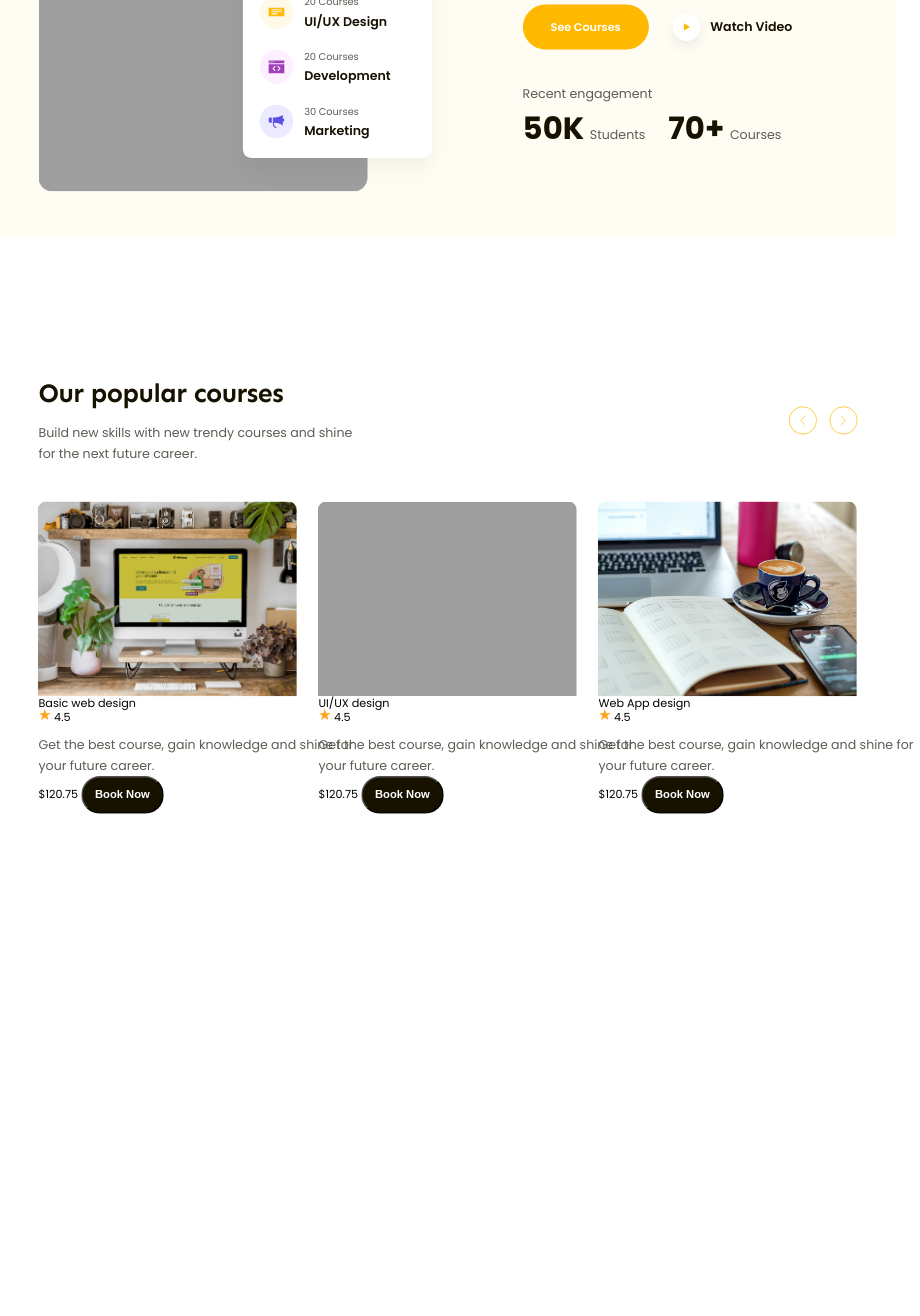
Repository: dovanlanh/f8-project-02
Page: index.html
The author's editor kept a copy of each file at every save. The page is drawn from the files as they stood at one save, then again after the next save.
The browser window is 1280 px wide. The page is 1313 px wide, then 1314 px, so the pictures cover 1314 px, including what lies to the right of the window. The pictures show the part of the page from y = 561 to 2441 px (the page is 10000 px tall), at 70% of full size.
Pictures or frames that could not be fetched are drawn as grey boxes.

Above is the page before, as saved 2023-02-05 17:54:17.

### index.html
<!DOCTYPE html>
<html lang="en">
<head>
    <meta charset="UTF-8">
    <meta http-equiv="X-UA-Compatible" content="IE=edge">
    <meta name="viewport" content="width=device-width, initial-scale=1.0">
    <title>F8 Project 02</title>
    <!-- reset css -->
    <link rel="stylesheet" href="./assets/css/reset.css">
    <!-- embed fonts -->
    <link rel="preconnect" href="https://fonts.googleapis.com">
    <link rel="preconnect" href="https://fonts.gstatic.com" crossorigin>
    <link href="https://fonts.googleapis.com/css2?family=Poppins:ital,wght@0,400;0,500;0,600;0,700;1,400&family=Sen:wght@700&display=swap" rel="stylesheet">
    <!-- style -->
    <link rel="stylesheet" href="./assets/css/styles.css">
</head>
<body>
    <main style=" height: 10000px">
        <!-- header  -->
        <header class="header fixed">
            <div class="main-content">
                    <div class="body">
                        <!-- logo -->
                        <img src="./assets/img/Lesson.svg" alt="Lesson" class="Logo">
                        <!-- nav -->
                        <nav class="nav">
                            <ul>
                                <li class="active">
                                    <a href="#!">Home</a>
                                </li>
                                <li>
                                    <a href="#!">Courses</a>
                                </li>
                                <li>
                                    <a href="#!">Pricing</a>
                                </li>
                                <li>
                                    <a href="#!">Reviews</a>
                                </li>
                            </ul>
                        </nav>
                        <!-- active -->
                        <div class="action">
                            <a href="#!" class="btn sign-up-btn">Sign Up</a>
                        </div>
                    </div>
            </div>
        </header>
        <!-- Hero -->
        <div class="hero">
            <div class="main-content">
                <div class="body">
                    <!-- Hero left -->
                    <div class="media-block">
                        <img src="./assets/img/guy-lesson.svg" alt="" class="img">
                        <div class="hero-summary">
                            <div class="item">
                                <div class="icon">
                                    <img src="./assets/img/list-icon1.svg" alt="">
                                </div>
                                <div class="info">
                                    <p class="label">20 Courses</p>
                                    <p class="tittle">UI/UX Design</p>
                                </div>
                            </div>
                            <div class="item">
                                <div class="icon">
                                    <img src="./assets/img/list-icon2.svg" alt="">
                                </div>
                                <div class="info">
                                    <p class="label">20 Courses</p>
                                    <p class="tittle">Development</p>
                                </div>
                            </div>
                            <div class="item">
                                <div class="icon">
                                    <img src="./assets/img/list-icon3.svg" alt="">
                                </div>
                                <div class="info">
                                    <p class="label">30 Courses</p>
                                    <p class="tittle">Marketing</p>
                                </div>
                            </div>
                        </div>
                    </div>
                    <!-- hero-right -->
                    <div class="content-block">
                        <h1 class="heading lv1">Learn without limits and spread knowledge.</h1>
                        <p class="desc">
                            Build new skills for that “this is my year” feeling with courses, certificates, and degrees from world-class universities and companies.
                        </p>
                            <div class="cta-group">
                                <a href="#!" class="btn hero-cta">See Courses</a>
                                <button class="watch-video">
                                    <div class="icon">
                                        <img src="./assets/img/icon-watch-video.svg" alt="">
                                    </div>
                                    <span>Watch Video</span>
                                </button>
                            </div>
                        <p class="desc">Recent engagement</p>
                        <div class="desc stats">
                            <strong>50K</strong>Students
                            <strong>70+</strong>Courses
                        </div>
                    </div>
                </div>
            </div>
        </div>
        <!-- Popular -->
        <div class="popular">
            <div class="main-content">
                <!-- popular top -->
                <div class="popular-top">
                    <div class="info">
                        <h2 class="heading lv2">Our popular courses</h2>
                        <p class="desc">Build new skills with new trendy courses and shine for the next future career.</p>
                    </div>
                    <div class="controls">
                        <button class="control-btn">
                            <svg width="8" height="14" viewBox="0 0 8 14" fill="none" xmlns="http://www.w3.org/2000/svg">
                                <path d="M7 1L1 7L7 13" stroke="currentColor" stroke-linecap="round" stroke-linejoin="round"/>
                            </svg>
                        </button>
                        <button class="control-btn">
                            <svg width="8" height="14" viewBox="0 0 8 14" fill="none" xmlns="http://www.w3.org/2000/svg">
                                <path d="M1 1L7 7L1 13" stroke="currentColor" stroke-linecap="round" stroke-linejoin="round"/>
                            </svg>
                        </button>
                    </div>
                </div>
                <!-- popular-bottom -->
                <div class="course-list">
                    <!-- course item 1 -->
                    <div class="course-item">
                        <img src="./assets/img/img-popular/course1.jpg" alt="Basic web design" class="thumb">
                        <div class="info">
                            <div class="head">
                                <h3 class="tittle">Basic web design</h3>
                                <div class="rating">
                                    <img src="./assets/img/Star.svg" alt="star" class="star">
                                    <span class="value">4.5</span>
                                </div>
                            </div>
                            <p class="desc">Get the best course, gain knowledge and shine for your future career.</p>
                            <div class="foot">
                                <span class="price">$120.75</span>
                                <button class="btn">Book Now</button>
                            </div>
                        </div>
                    </div>
                    <!-- course item 2 -->
                    <div class="course-item">
                        <img src="./assets/img/img-popular/course2.jpg" alt="UI/UX design" class="thumb">
                        <div class="info">
                            <div class="head">
                                <h3 class="tittle">UI/UX design</h3>
                                <div class="rating">
                                    <img src="./assets/img/Star.svg" alt="star" class="star">
                                    <span class="value">4.5</span>
                                </div>
                            </div>
                            <p class="desc">Get the best course, gain knowledge and shine for your future career.</p>
                            <div class="foot">
                                <span class="price">$120.75</span>
                                <button class="btn">Book Now</button>
                            </div>
                        </div>
                    </div>
                    <!-- course item 3 -->
                    <div class="course-item">
                        <img src="./assets/img/img-popular/course3.jpg" alt="Web App design" class="thumb">
                        <div class="info">
                            <div class="head">
                                <h3 class="tittle">Web App design</h3>
                                <div class="rating">
                                    <img src="./assets/img/Star.svg" alt="star" class="star">
                                    <span class="value">4.5</span>
                                </div>
                            </div>
                            <p class="desc">Get the best course, gain knowledge and shine for your future career.</p>
                            <div class="foot">
                                <span class="price">$120.75</span>
                                <button class="btn">Book Now</button>
                            </div>
                        </div>
                    </div>
                </div>
            </div>
        </div>

    </main>
</body>
</html>

### assets/css/styles.css
* {
    box-sizing: border-box;
}
:root {
    --font-heading: sen, sans-serif;
    --primary-color:#FFB900;
}
html,
body {
    scroll-behavior: smooth;
    font-size: 62.5%;
}

html {
    font-size: 62.5%;
}

body {
    font-size: 1.6rem;
    font-family: 'Poppins', sans-serif;
}

/* common */
.heading {
    font-family: var(--font-heading);
    font-weight: 700;
    letter-spacing: -0.02em;
    color: #171100;
}
a {
    text-decoration: none;
}
.main-content {
    width: 1170px;
    max-width: calc(100% - 48px);
    margin-left: auto;
    margin-right: auto;
}
.btn {
    min-width: 118px;
    display: inline-block;
    padding: 0 16px;
    align-items: center;
    line-height: 50px;
    font-weight: 600;
    font-size: 1.6rem;
    text-align: center;
    color: #FFFFFF;
    background: #171100;
    border-radius: 999px;
}
.btn:hover {
    opacity: 0.9;
}
/* header */
.header {
    background:#FFFCF4;
}
.header.fixed {
    position: sticky;
    top: -32px;
    z-index: 1;
}
.header .body {
    display: flex;
    align-items: center;
    padding: 36px 0 8px;
}
.nav ul {
    display: flex;
}

.nav {
    margin-left: auto;
}
.nav a {
    position: relative;
    padding: 8px 21px;
    font-weight: 400;
    font-size: 1.6rem;
    color: #5F5B53;
}
.nav a:hover,
.nav li.active a {
    text-shadow: 1px 0 0 currentColor;
    color: #171100;
}
.nav li.active a::after {
    left: 21px;
    bottom: 6px;
    display: block;
    content: "";
    position: absolute;
    width: 12px;
    height: 2px;
    background: #171100;
    border-radius: 1px;
}
.header .sign-up-btn {
    min-width: 144px;
}
.header .action {
    margin-left: 49px;
}

/* hero */
.hero {
    padding: 56px 0 65px;
    background:#FFFCF4;
}
.hero .body {
    display: flex;
}
/* hero left */
.hero .media-block {
    width: 48%;
    position: relative;
}

.hero .media-block .img {
    width: 470px;
    height: 685px;
    object-fit: cover;
    border-radius: 20px;
    display: block;
}
.hero .media-block .hero-summary {
    position: absolute;
    right: 0;
    bottom: 48px;
}
.hero .hero-summary {
    width: 270px;
    padding: 24px;
    background: #FFFFFF;
    box-shadow: 0px 16px 32px rgba(0, 0, 0, 0.05);
    border-radius: 12px;
}
.hero-summary .item {
    display: flex;
    align-items: center;
}
.hero-summary .icon {
    width: 48px;
    height: 48px;
    border-radius: 50%;
    display: flex;
    align-items: center;
    justify-content: center;
    background: #FFF9E8;
}
.hero-summary .info {
    margin-left: 16px;
}
.hero-summary .label {
    font-weight: 400;
    font-size: 1.4rem;
    line-height: 1.86;
    color: #5F5B53;
}
.hero-summary .tittle {
    font-weight: 600;
    font-size: 1.8rem;
    line-height: 1.67;
    color: #171100;
}
.hero-summary .item + .item {
    margin-top: 22px;
}
.hero-summary .item:nth-of-type(2) .icon {
    background: #FCEFFF;
}
.hero-summary .item:nth-of-type(3) .icon {
    background: #EBEAFF;
}
/* hero right */
.hero .content-block {
    width: 52%;
    padding: 64px 0 0 130px;
}
.hero .content-block .heading.lv1 {
    font-size: 5.8rem;
    line-height: 1.17;
}
.content-block .desc {
    margin-top: 22px;
    font-weight: 400;
    font-size: 1.8rem;
    line-height: 1.67;
    color: #5F5B53;
}
.content-block .cta-group {
    margin: 38px 0 48px;
}
.content-block .cta-group .hero-cta{
    min-width: 180px;
    background-color: var(--primary-color);
    line-height: 64px;
}
.content-block .cta-group {
    display: flex;
    align-items: center;
}
.hero .watch-video {
    margin-left: 28px;
    display: flex;
    align-items: center;
    border: none;
    background: transparent;
    cursor: pointer;

}
.cta-group span {
    font-family: 'poppins', sans-serif;
    margin-left: 14px;
    font-weight: 600;
    font-size: 1.8rem;
    line-height: 1.67;
    color: #171100;
}
.hero .watch-video .icon {
    display: flex;
    align-items: center;
    justify-content: center;
    width: 40px;
    height: 40px;
    background: #FFFFFF;
    box-shadow: 0px 8px 16px rgba(0, 0, 0, 0.07);
    border-radius: 50%;
    cursor: pointer;
}
.hero .watch-video .icon:hover {
    background: orange;
    opacity: 0.5;
}
.hero .stats {
    margin: 8px 0 0 -28px;

}
.hero .stats strong {
    --font-heading: sen, sans-serif;
    padding: 0 8px 0 28px;
    font-weight: 700;
    font-size: 4.4rem;
    line-height: 1.23;
    color: #171100;
}
/* popular */
.popular {
    padding: 65px 0;
    margin-top: 135px;
}
.popular .heading.lv2 {
    font-size: 3.8rem;
    line-height: 1.26;
}
.popular .desc {
    margin-top: 16px;
    width: 458px;
    font-weight: 400;
    font-size: 1.8rem;
    line-height: 1.67;
    color: #5F5B53;
}
.popular .popular-top {
    display: flex;
    justify-content: space-between;
    align-items: center;
}
.popular-top .controls {
    display: flex;
    gap: 18px;
}
.popular-top .control-btn {
    display: flex;
    align-items: center;
    justify-content: center;
    width: 40px;
    height: 40px;
    color: var(--primary-color);
    border: 1px solid var(--primary-color);
    border-radius: 50%;
    background: transparent;
}
.popular-top .control-btn:hover {
    color: #fff;
    background: var(--primary-color);
    cursor: pointer;
}
/* Course list */
.popular .course-list {
    display: flex;
    gap: 30px;
    margin-top: 55px;
}
.popular .course-item {
    flex: 1;
    width: 370px;
}
.popular .course-item .thumb {
    width: 100%;
    height: 278px;
    margin: -1px;
    object-fit: cover;
    border-radius: 12px 12px 0px 0px;
}

Loaded but not shown: assets/css/reset.css (common file)

After the next save:
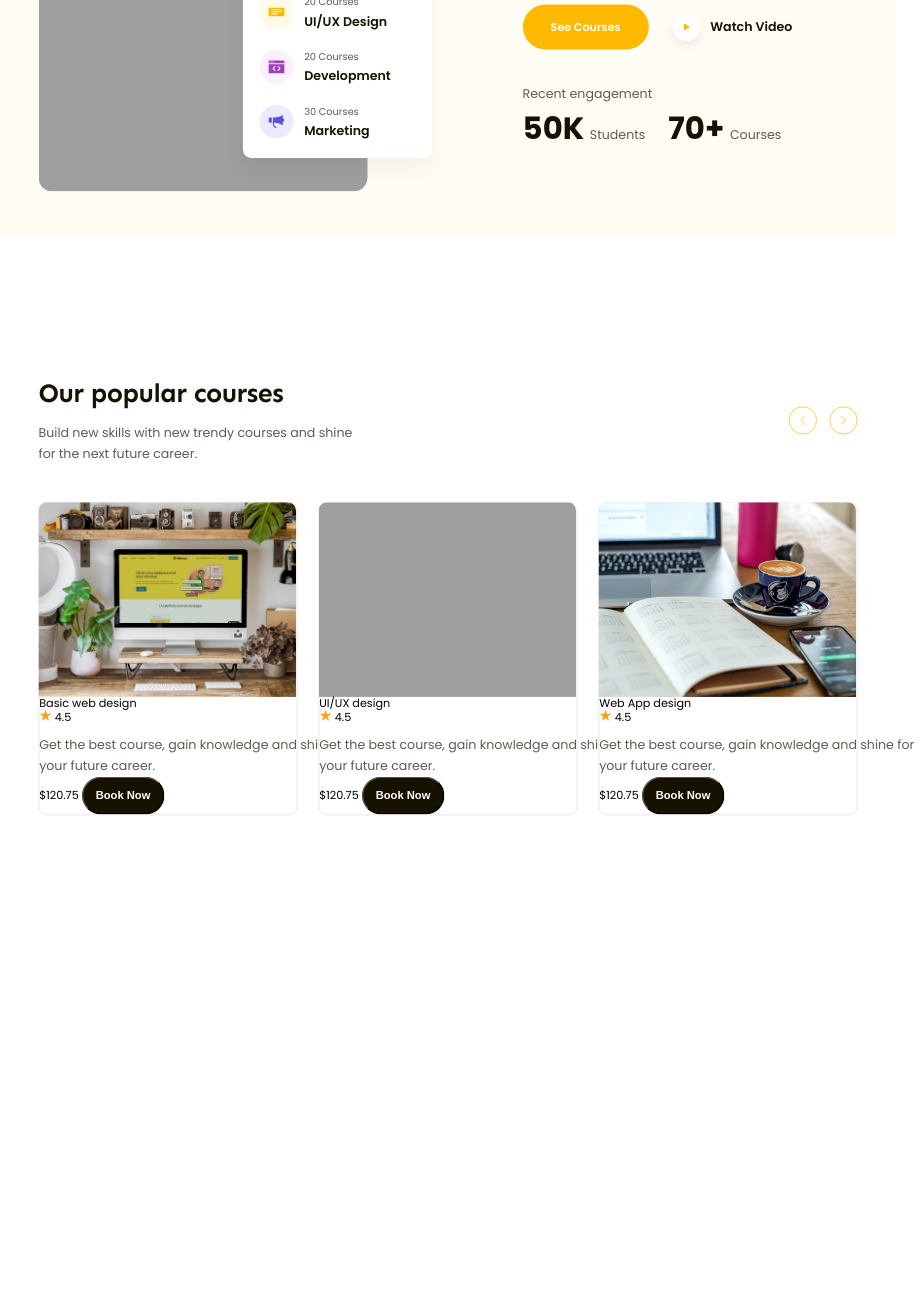
Saved 54 s later.
--- a/assets/css/styles.css
+++ b/assets/css/styles.css
@@ -296,6 +296,9 @@ a {
 .popular .course-item {
     flex: 1;
     width: 370px;
+    background: #FFFFFF;
+    border: 1px solid #E2DFDA;
+    border-radius: 12px;
 }
 .popular .course-item .thumb {
     width: 100%;
